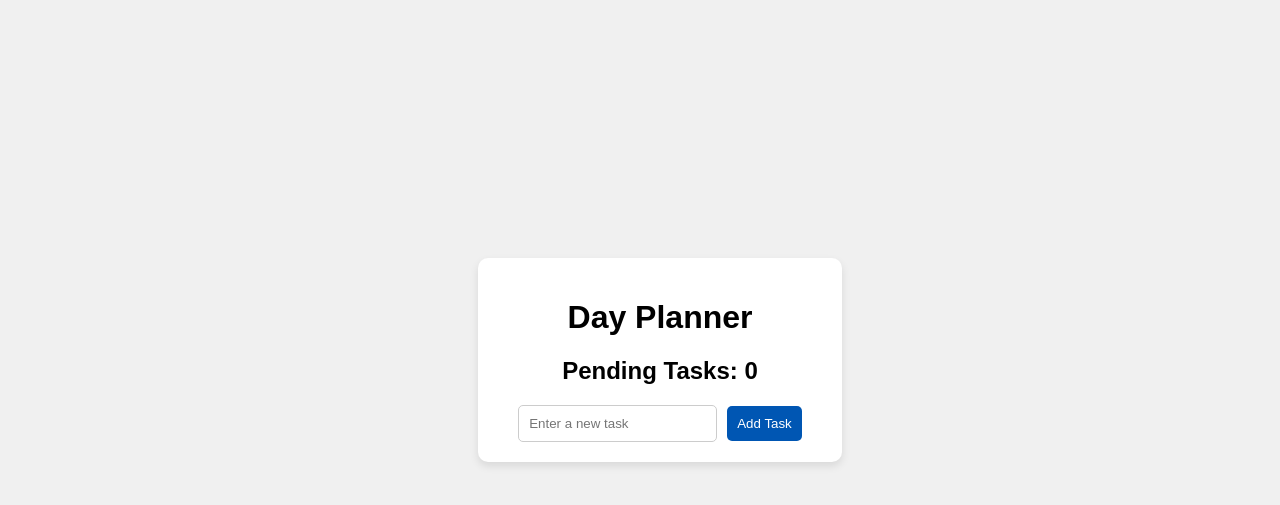
Repository: jgache/COMP-3170-0-Lab4
Page: /
The author's editor kept a copy of each file at every save. The page is drawn from the files as they stood at one save, then again after the next save.
The browser window is 1280 px wide. The pictures show the whole page.
The pointer rests on the first visible `form button`.
The project was rebuilt for these pictures with package versions that can differ from the ones it lists, and the page was loaded fresh each time. Also part of the build but not shown: vite.config.js, src/components/Task.jsx.

Above is the page before, as saved 2024-10-22 15:24:45.

After the next save:
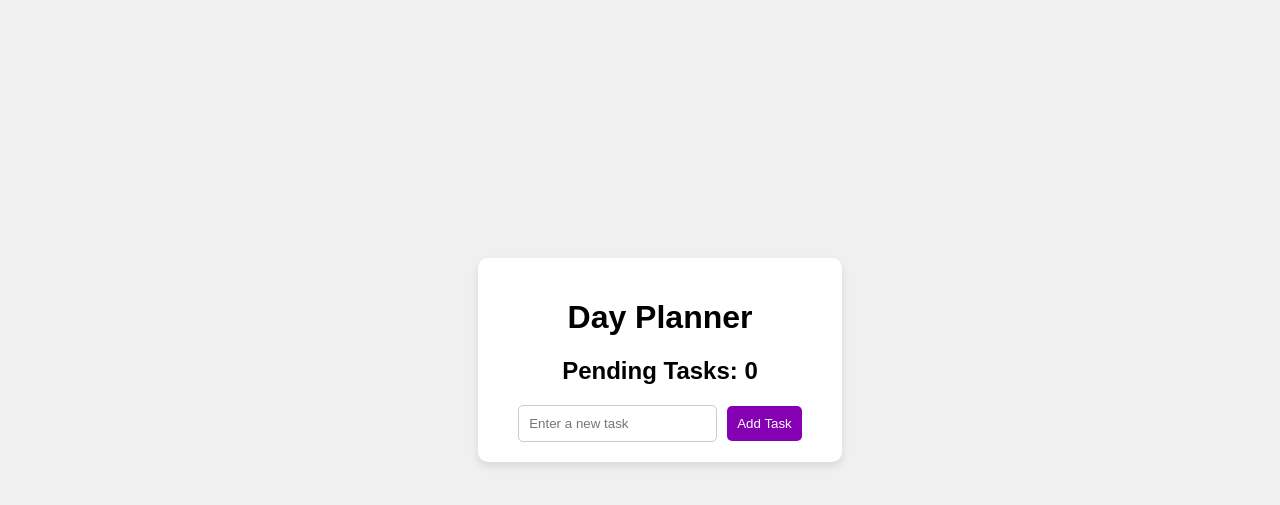
Saved 11 s later.
--- a/src/index.css
+++ b/src/index.css
@@ -35,7 +35,7 @@ form button {
 }
 
 form button:hover {
-    background-color: #0056b3;
+    background-color: #8600b3;
 }
 
 /* Style for individual tasks */
